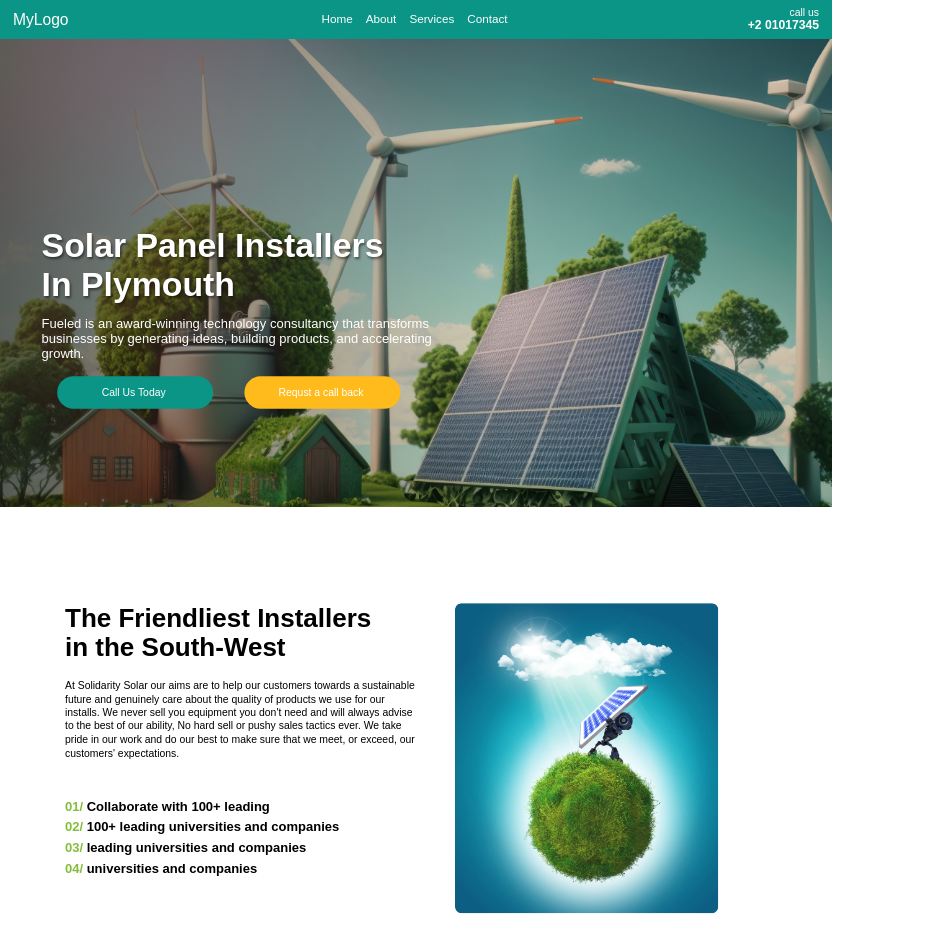
Repository: MaramNabil872/Landing-Page
Page: landingPage.html
An editor plug-in stored every save of this project. The page is shown before and after a run of saves, followed by the edit.
The browser window is 1280 px wide. The page is 1280 px wide, then 1440 px, so the pictures cover 1440 px, including what lies to the right of the window. The pictures show the whole page, at 65% of full size.

Above is the page before, as saved 2024-10-20 21:25:18.

After the next 3 saves:
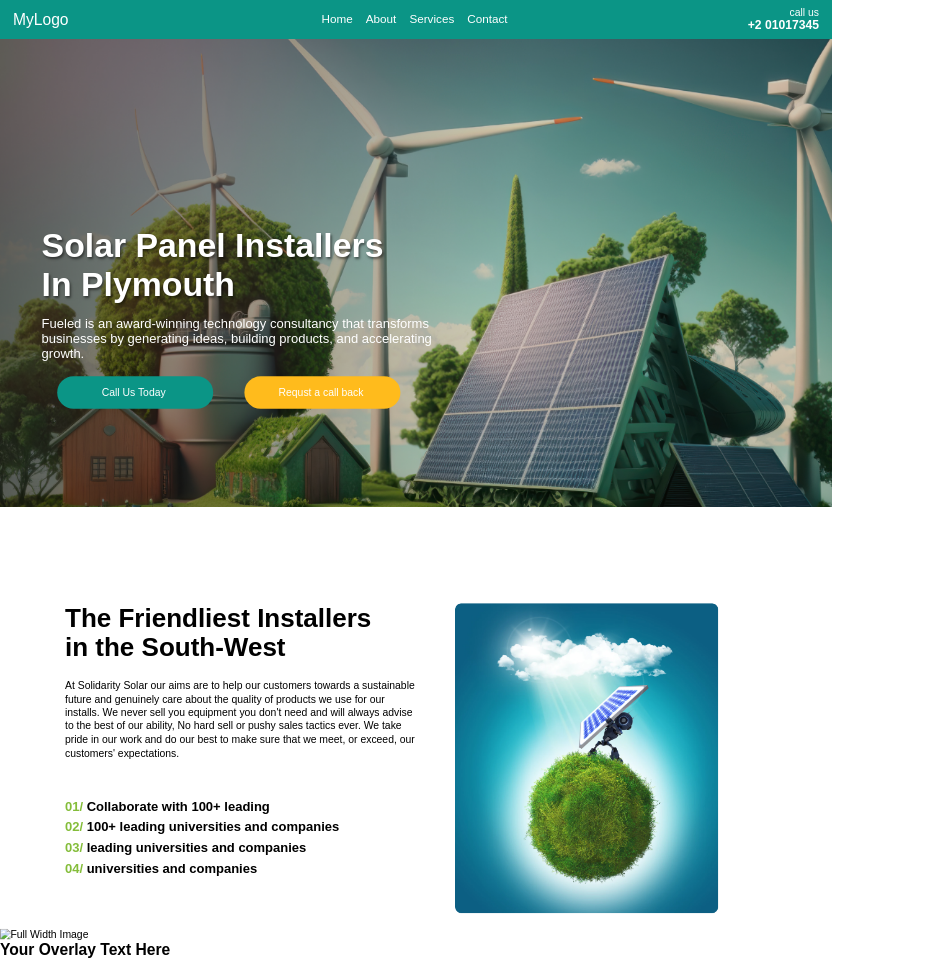
Not found: your-full-width-image.jpg
The 3 saves are shown as one change because they came seconds apart.
The last was saved 2 min 59 s later.
--- a/landingPage.html
+++ b/landingPage.html
@@ -89,5 +89,14 @@
                 <img src="images/Rectangle 30.png" alt="solar" />
             </div>
         </div>
+
+        <!-- second section -->
+
+        <div class="full-width-image">
+            <img src="your-full-width-image.jpg" alt="Full Width Image">
+            <div class="overlay-text">
+                <h2>Your Overlay Text Here</h2>
+            </div>
+        </div>
     </body>
 </html>

After the 2 saves that followed:
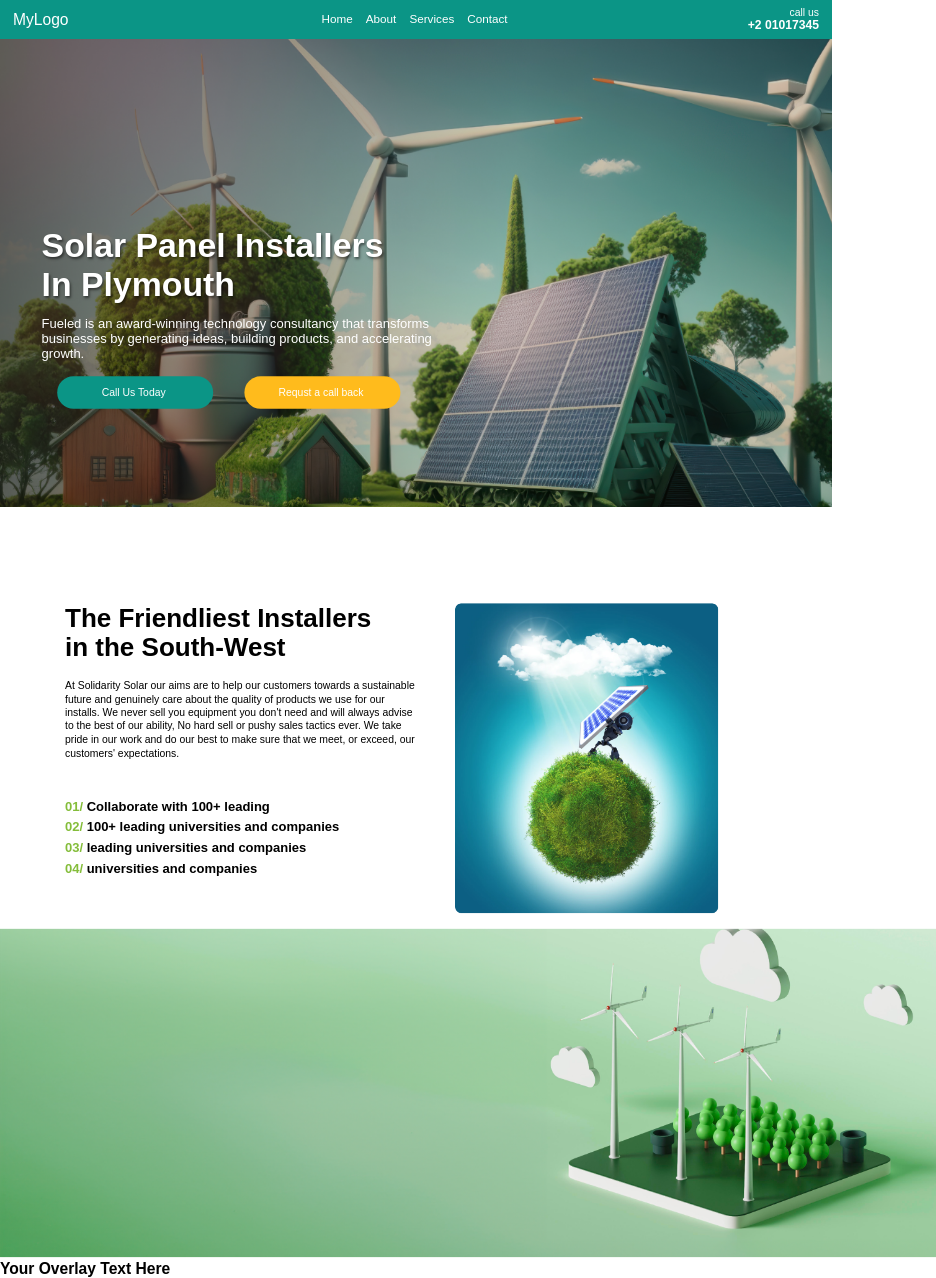
The 2 saves are shown as one change because they came seconds apart.
The last was saved 9 s later.
--- a/landingPage.html
+++ b/landingPage.html
@@ -93,7 +93,7 @@
         <!-- second section -->
 
         <div class="full-width-image">
-            <img src="your-full-width-image.jpg" alt="Full Width Image">
+            <img src="images/middle.png" alt="Full Width Image">
             <div class="overlay-text">
                 <h2>Your Overlay Text Here</h2>
             </div>
